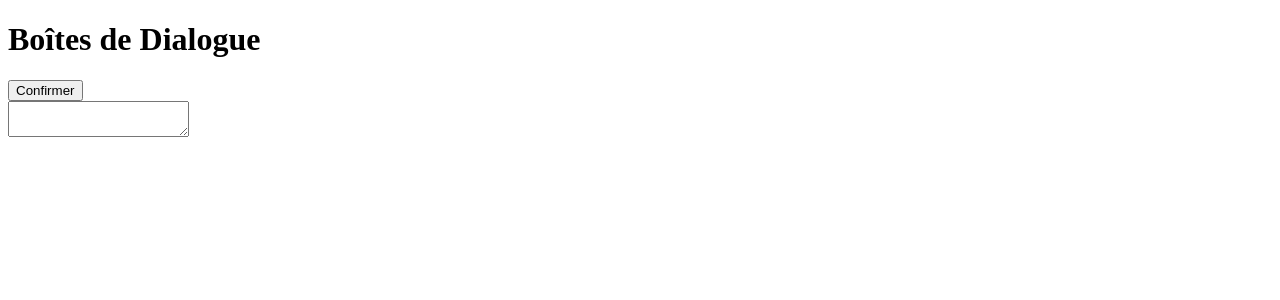
Repository: Dispasim/API2
Page: http://localhost/
An editor plug-in stored every save of this project. The page is shown before and after the next save, followed by the edit.
The browser window is 1280 px wide. The pictures show the whole page.
The page is served by the project's application, run on Django 4.2 (manage.py).

Above is the page before, as saved 2023-11-11 17:53:00.

After the next save:
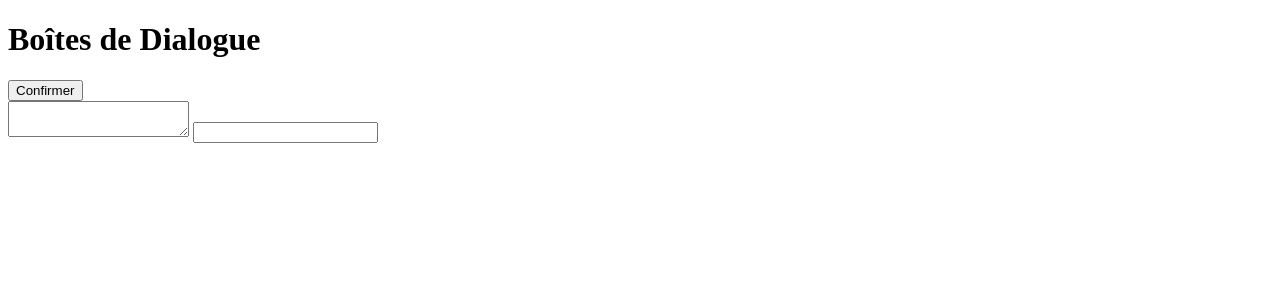
Saved 64 s later.
--- a/templates/projet/index.html
+++ b/templates/projet/index.html
@@ -18,6 +18,8 @@
         <input type="button" value="Confirmer" onclick="afficherFormulaireConfirmation()">
     </form>
     <textarea>  </textarea>
+
+    <input type="number" id="nombre_boites" name="nombre_boites" value="{{ nombre_boites }}">
     <!-- Formulaire de confirmation (initialement masqué) -->
     <form method="post" id="confirmation-form" style="display:none;">
         <!-- Incluez les champs supplémentaires nécessaires pour la confirmation -->
